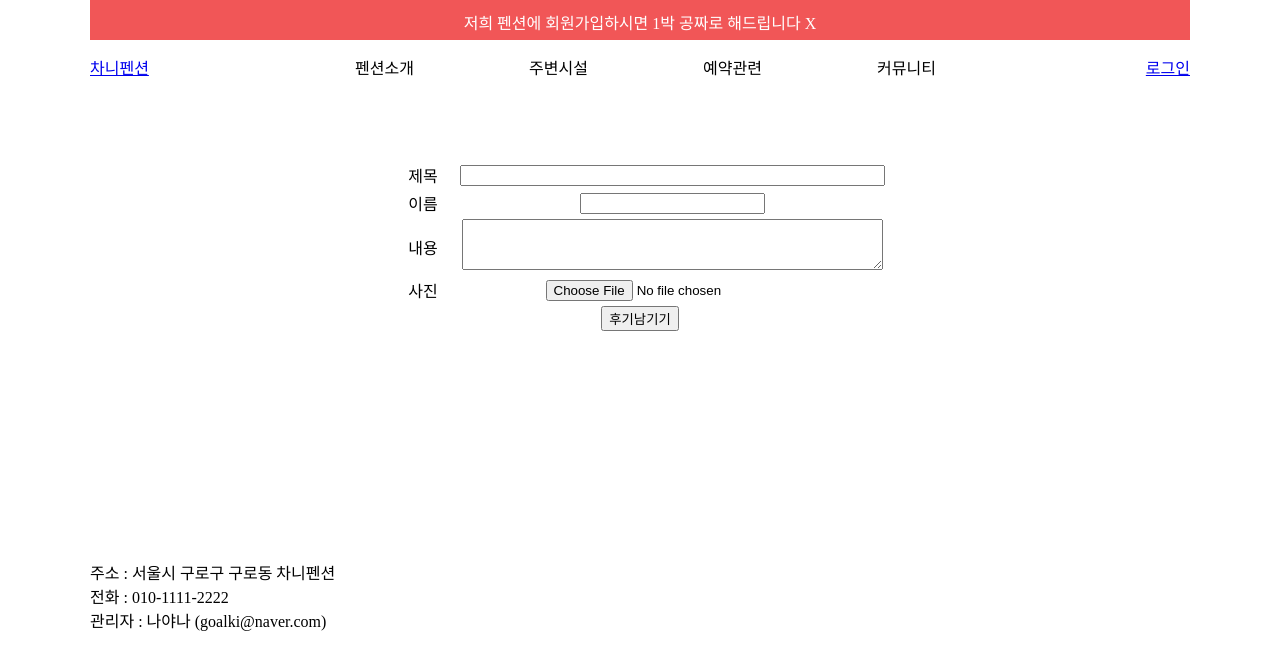
Repository: goalki/pension
Page: http://localhost/pension/tour/write.jsp
The author's editor kept a copy of each file at every save. The page is drawn from the files as they stood at one save, then again after the next save.
The browser window is 1280 px wide. The pictures show the whole page.
The page is served by Tomcat 9.

Above is the page before, as saved 2021-01-19 08:07:16.

After the next save:
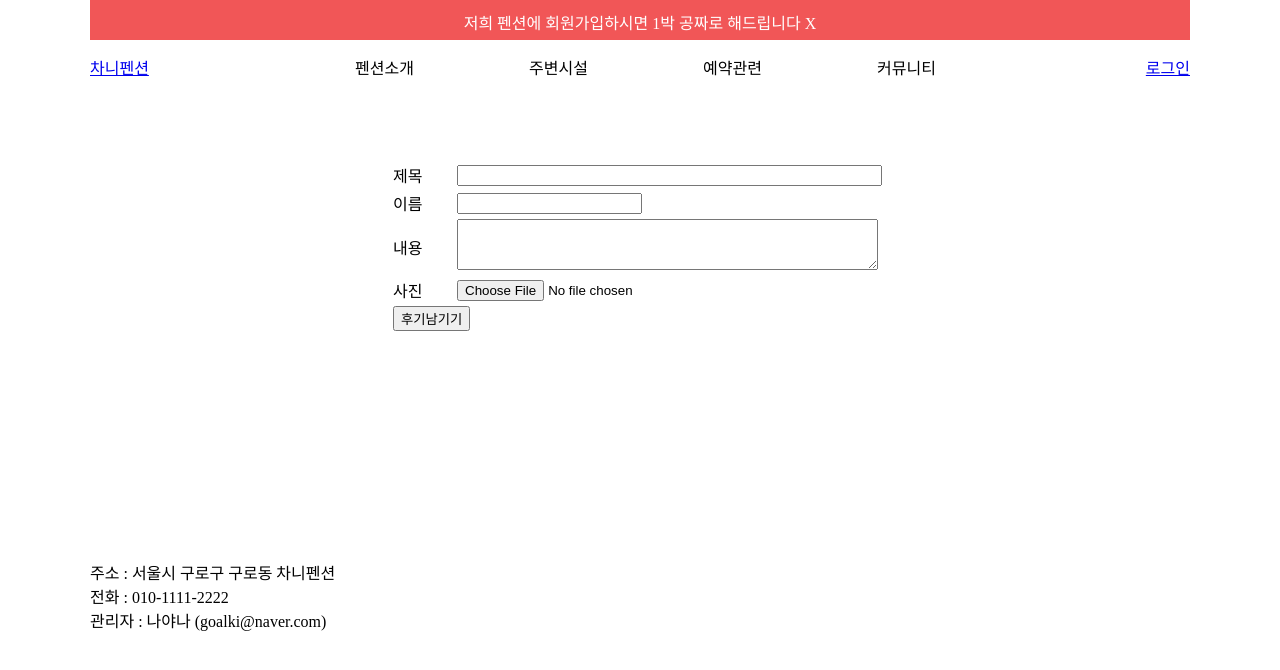
Saved 40 s later.
--- a/pension/WebContent/tour/write.jsp
+++ b/pension/WebContent/tour/write.jsp
@@ -10,6 +10,9 @@
     margin:auto;
     text-align:center;
     margin-top:60px;
+  }
+  #section td {
+    text-align:left;
   }
  </style>
  <div id="section">
